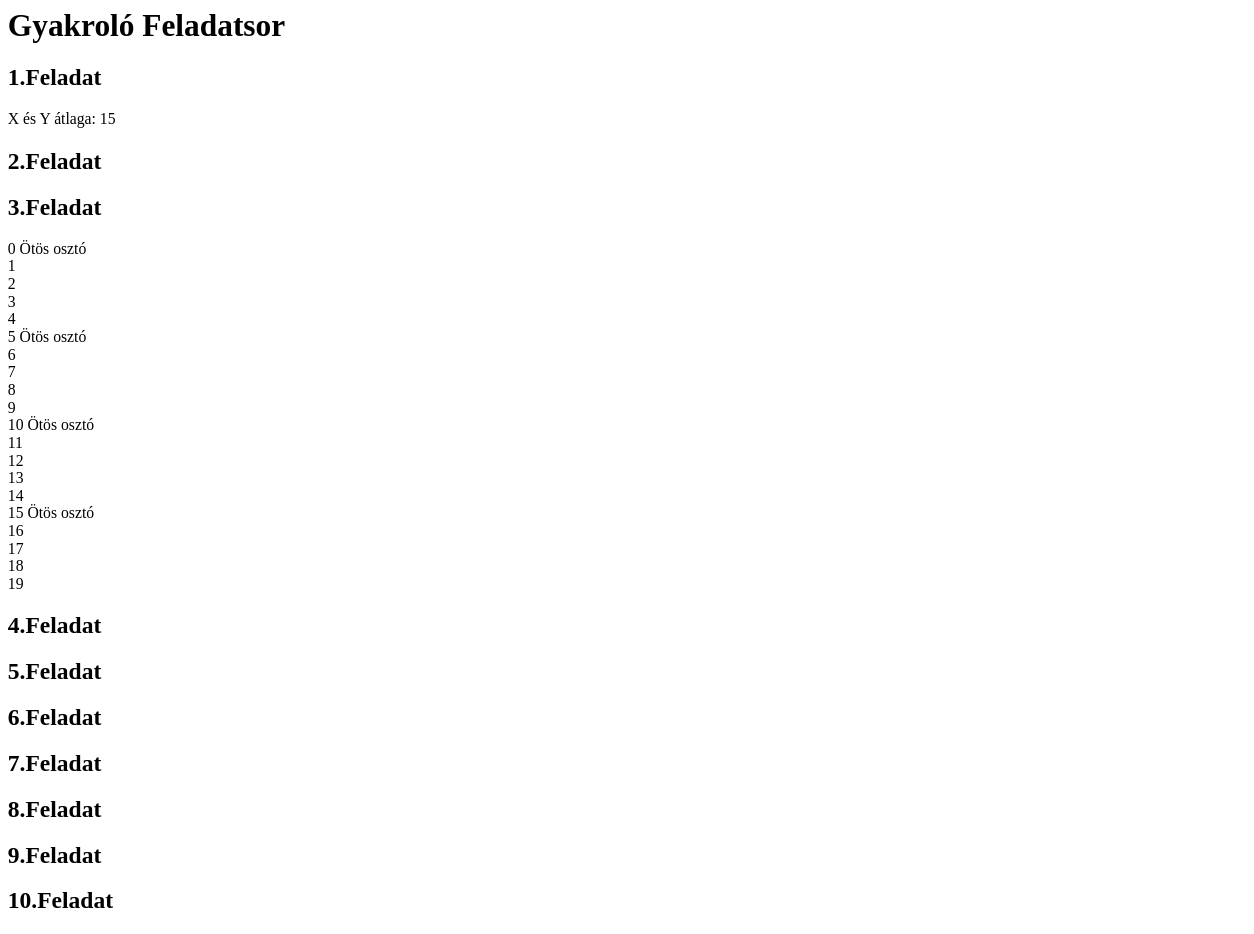
Repository: doomhyena/htdocs
Page: http://localhost/00.Home/02.masodikresz.php
An editor plug-in stored every save of this project. The page is shown before and after the next save, followed by the edit.
The browser window is 1280 px wide. The pictures show the whole page, at 98% of full size.
The page is run by PHP 8.4 with error messages shown; the project is at /var/www/html/.

Above is the page before, as saved 2024-09-17 15:02:03.

### 00.Home/02.masodikresz.php
<?php

echo "<h1> Gyakroló Feladatsor </h1>";


/*

1. Feladat
    Változók:
    $x = 10
    $y = 20
    Feladat: Hozz létre egy $eredmeny nevű változót, amelyben eltárolod az $x és $y átlagát, majd írasd ki a végeredményt.

*/
echo "<h2> 1.Feladat </h2>";

$x = 10;
$y = 20;

$eredmeny = ($x + $y) / 2;

echo "X és Y átlaga: $eredmeny";

// -----------------------------------------------------------------------------------------------------------------------------------------

/*

2. Feladat
    Feladat: Hozz létre egy $szam nevű változót, amely egy tetszőleges számot tartalmaz. Írd ki, hogy a szám páros vagy páratlan!

*/

echo "<h2> 2.Feladat </h2>";

// NEM MENT

// -----------------------------------------------------------------------------------------------------------------------------------------

/*

3.Feladat
    Feladat: Hozz létre egy for ciklust, amely 1-től 20-ig fut. A ciklus minden futásakor írd ki a számot, de ha a szám osztható 5-tel, akkor helyette azt írd ki: "Ötös osztó".

*/

echo "<h2> 3.Feladat </h2>";

for ($i = 0; $i < 20; $i++) {
    if ($i%5 === 0) {
        echo "$i Ötös osztó <br>";
    } else {
        echo "$i <br>";
    }
}

echo "<h2> 4.Feladat </h2>";



echo "<h2> 5.Feladat </h2>";



echo "<h2> 6.Feladat </h2>";



echo "<h2> 7.Feladat </h2>";



echo "<h2> 8.Feladat </h2>";



echo "<h2> 9.Feladat </h2>";



echo "<h2> 10.Feladat </h2>";



?>

After the next save:
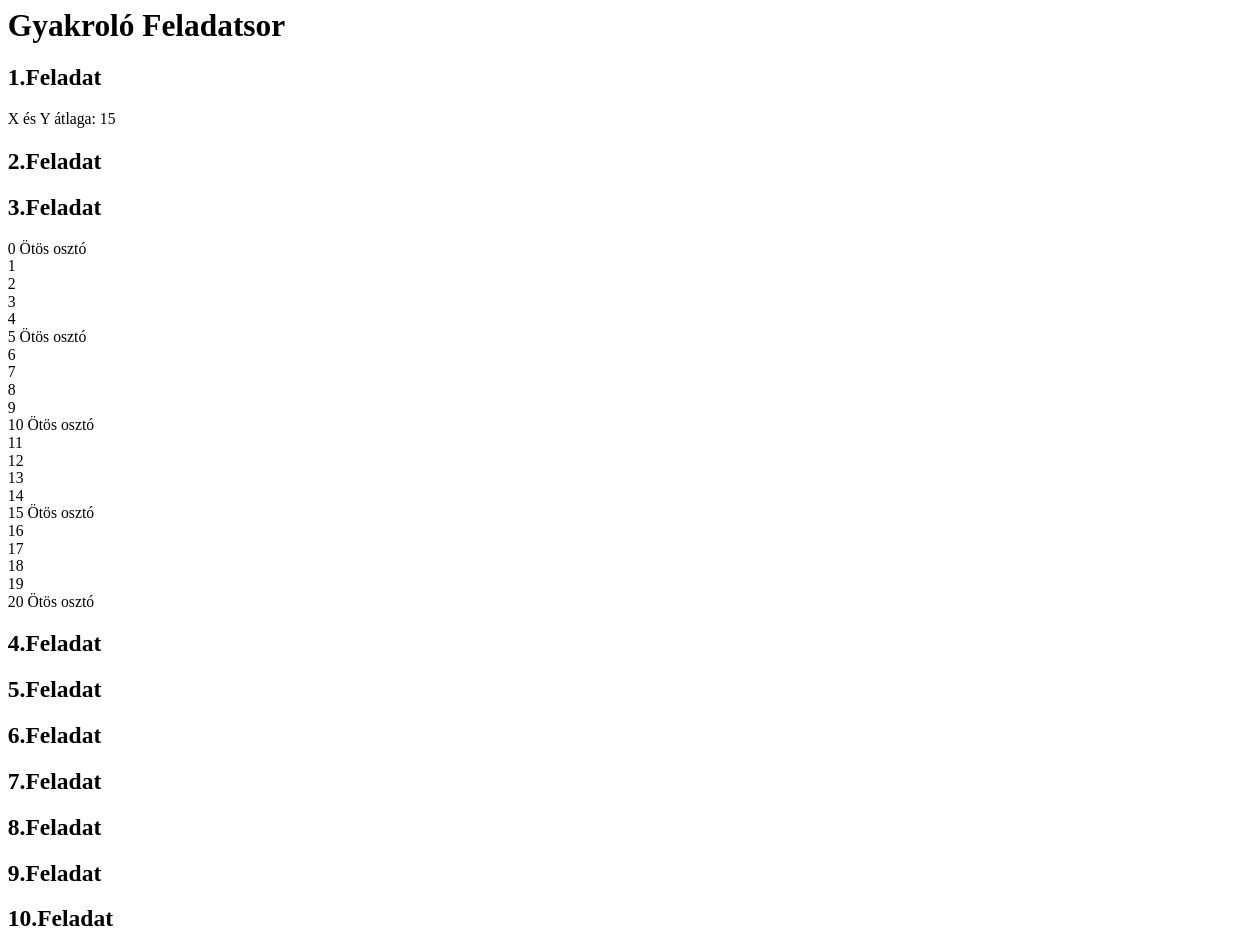
Saved 21 s later.
--- a/00.Home/02.masodikresz.php
+++ b/00.Home/02.masodikresz.php
@@ -45,7 +45,7 @@ echo "<h2> 2.Feladat </h2>";
 
 echo "<h2> 3.Feladat </h2>";
 
-for ($i = 0; $i < 20; $i++) {
+for ($i = 0; $i <= 20; $i++) {
     if ($i%5 === 0) {
         echo "$i Ötös osztó <br>";
     } else {
